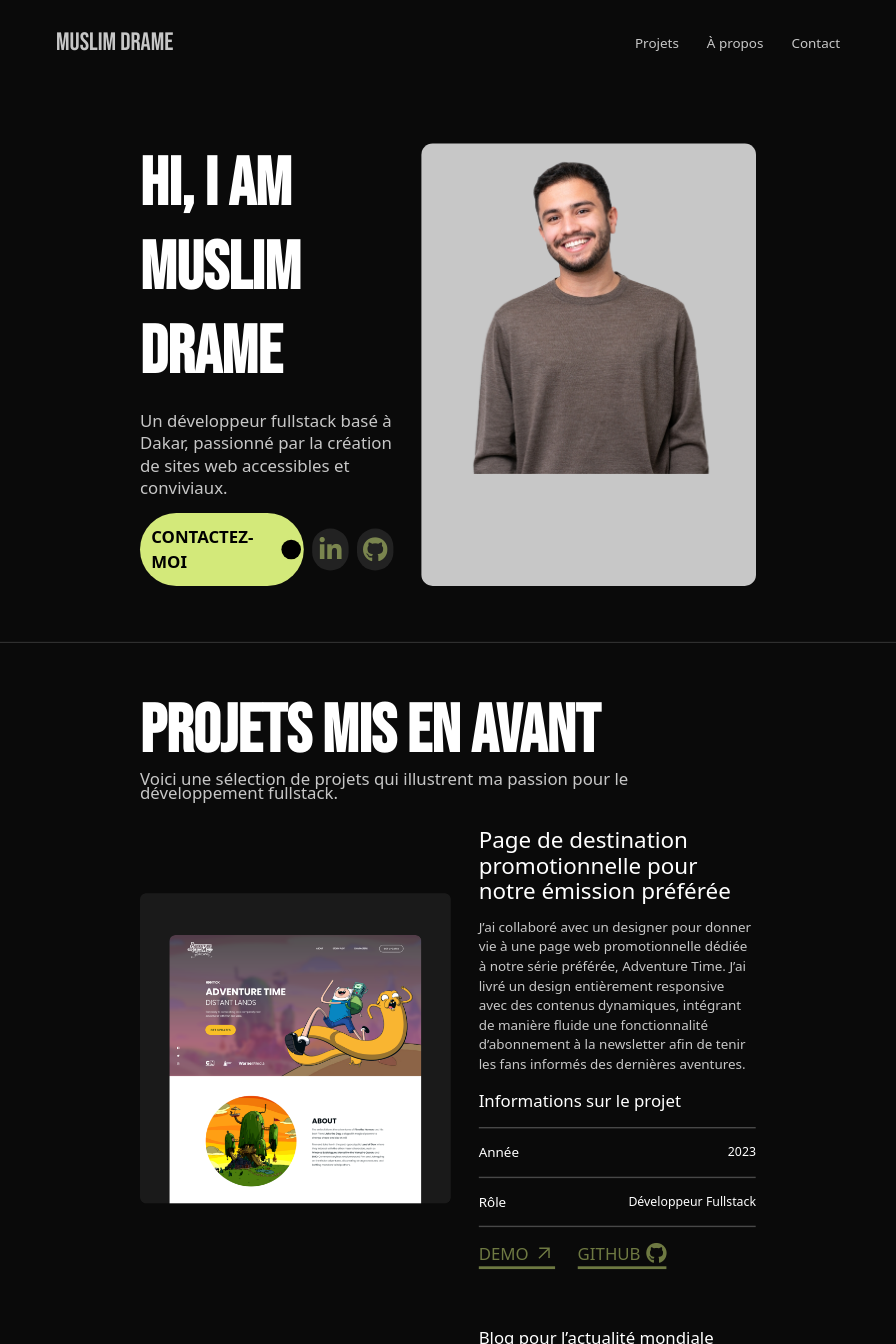
Repository: muslimdrame37-oss/Portfolio1
Page: src/index.html
The author's editor kept a copy of each file at every save. The page is drawn from the files as they stood at one save, then again after the next save.
The browser window is 1280 px wide. The pictures show the part of the page from y = 0 to 1920 px (the page is 4725 px tall before and 4693 px after), at 70% of full size.
Some web fonts or font styles are not loaded; a fallback is used. Some web libraries are served in a nearby version.

Above is the page before, as saved 2026-02-11 17:38:32.

### src/index.html
<!doctype html>
<html lang="fr">
<head>
    <meta charset="UTF-8">
    <meta name="viewport" content="width=device-width, initial-scale=1.0">
    <meta name="description" content="Portfolio de Muslim Drame - Développeur Fullstack basé à Dakar">
    <title>Muslim Drame - Développeur Fullstack</title>

    <!-- Fonts -->
    <link rel="stylesheet" href="https://fonts.googleapis.com/css2?family=Bebas+Neue&display=swap">
    <link rel="stylesheet" href="https://fonts.googleapis.com/css2?family=Material+Symbols+Outlined:opsz,wght,FILL,GRAD@20..48,100..700,0..1,-50..200&icon_names=arrow_outward">

    <!-- Styles -->
    <link href="./output.css" rel="stylesheet">

    <!-- Icons -->
    <script src="https://kit.fontawesome.com/31ee52f68e.js" crossorigin="anonymous"></script>
</head>

<body class="bg-[#0A0A0A]">
    <!-- ========== HEADER ========== -->
    <header class="flex items-center justify-between py-4 px-5 lg:px-20">
        <h1 class="text-[#C7C7C7] text-[2rem] lg:text-4xl font-bebas">MUSLIM DRAME</h1>

        <!-- Navigation Desktop -->
        <nav class="hidden lg:flex justify-between py-8 text-[#C7C7C7] text-[1.2rem]" aria-label="Navigation principale">
            <ul class="flex gap-10">
                <li><a href="index.html" class="hover:text-[#D3E97A] transition-colors">Projets</a></li>
                <li><a href="a_propos.html" class="hover:text-[#D3E97A] transition-colors">À propos</a></li>
                <li><a href="#contact" class="hover:text-[#D3E97A] transition-colors">Contact</a></li>
            </ul>
        </nav>

        <!-- Menu Mobile -->
        <button class="lg:hidden" aria-label="Menu mobile">
            <svg xmlns="http://www.w3.org/2000/svg" height="40px" viewBox="0 -960 960 960" width="40px" fill="#484848">
                <path d="M120-680v-80h720v80H120Zm0 480v-80h720v80H120Zm0-240v-80h720v80H120Z"/>
            </svg>
        </button>
    </header>

    <!-- ========== MAIN CONTENT ========== -->
    <main>

        <!-- ========== SECTION HERO ========== -->
        <section class="px-5 mt-20 flex flex-col justify-between gap-10 lg:flex-row lg:px-50" aria-label="Section d'accueil">
            <!-- Contenu texte -->
            <div class="flex flex-col gap-5 justify-center lg:w-1/2">
                <h2 class="text-white text-[3rem] lg:text-[6rem] lg:font-bold lg:leading-30 leading-15 font-bebas">HI, I AM<br>MUSLIM DRAME</h2>
                <p class="text-1xl text-[#C7C7C7] lg:text-2xl">
                    Un développeur fullstack basé à Dakar, passionné par la création de sites web accessibles et conviviaux.
                </p>

                <!-- Boutons d'action -->
                <div class="flex gap-3 items-center">
                    <!-- Bouton Contact -->
                    <a href="#contact" class="bg-[#D3E97A] flex justify-between items-center pl-2 text-black font-bold text-[1rem] rounded-[100px] gap-1 lg:gap-3 py-2 lg:py-4 lg:text-[1.5rem] lg:pl-4 hover:bg-[#c5db6f] transition-colors">
                        CONTACTEZ-MOI
                        <span class="w-11 h-10 flex items-center justify-center">
                            <span class="bg-black w-4 h-4 rounded-full lg:w-7 lg:h-7"></span>
                        </span>
                    </a>

                    <!-- Réseaux sociaux -->
                    <a href="#" class="w-10 h-10 rounded-full bg-[#222222] flex justify-center items-center lg:w-15 lg:h-15 hover:bg-[#333333] transition-colors" aria-label="LinkedIn">
                        <i class="fa-brands fa-linkedin-in text-[#D3E97A] text-2xl lg:text-4xl animate-pulse"></i>
                    </a>
                    <a href="#" class="w-10 h-10 rounded-full bg-[#222222] flex justify-center items-center lg:w-15 lg:h-15 hover:bg-[#333333] transition-colors" aria-label="GitHub">
                        <i class="fa-brands fa-github text-2xl lg:text-4xl text-[#D3E97A] animate-pulse"></i>
                    </a>
                </div>
            </div>

            <!-- Image hero -->
            <div class="bg-[#C7C7C7] rounded-2xl overflow-hidden">
                <img src="image/image1.png" alt="Portrait de Muslim Drame" width="880" class="w-full h-auto">
            </div>
        </section>

        <!-- Séparateur -->
        <hr class="border-[#484848] border-t mt-20">

        <!-- ========== SECTION PROJETS ========== -->

        <section class="flex flex-col px-8 mt-20 lg:px-50">
            <div class="flex flex-col gap-2">
                <h2 class="text-4xl text-white font-extrabold font-bebas lg:text-8xl">PROJETS MIS EN AVANT</h2>
                <p class="text-2xl text-[#C7C7C7] leading-5">Voici une sélection de projets qui illustrent ma passion pour le développement fullstack.</p>
            </div>
            <div class="flex flex-col lg:flex-row gap-10 mt-10 lg:w-[1,224px] justify-center items-center">
                <div>
                    <img src="image/image2.png" alt="" class="w-4xl">
                </div>
                <!-- INFORMATION -->
                <!-- TITRE ET DESCCRIPTION -->
                <div class=" lg:w-200 flex flex-col gap-5 ">
                    <div class="flex flex-col gap-5">
                        <h2 class="text-white text-[2rem] leading-9">Page de destination promotionnelle pour notre émission préférée</h2>
                        <p class="text-[#C7C7C7] leading-7 text-[1.2rem]">J’ai collaboré avec un designer pour donner vie à une page web promotionnelle dédiée à notre série préférée, Adventure Time. J’ai livré un design entièrement responsive avec des contenus dynamiques, intégrant de manière fluide une fonctionnalité d’abonnement à la newsletter afin de tenir les fans informés des dernières aventures.</p>
                    </div>
                    <!-- INFORMATION SUR LE PROJET -->
                    <div class=" flex flex-col gap-5">
                        <h3 class="text-white text-[1.5rem]">Informations sur le projet</h3>
                        <div class="flex flex-col gap-5">
                            <div class="w-full border-[#484848] border"></div>

                            <div class="flex justify-between">
                                <p class="text-white text-[1.2rem]">Année</p>
                                <p class="text-white text-[1.1rem]">2023</p>
                            </div>

                            <div class="w-full border-[#484848] border"></div>

                            <div class="flex justify-between">
                                <p class="text-white text-[1.2rem]">Rôle</p>
                                <p class="text-white text-[1.1rem]">Développeur Fullstack</p>
                            </div>

                            <div class="w-full border-[#484848] border"></div>

                        </div>
                    </div>

                    <!-- LIEN DEMO & GITHUB -->

                    <div class="flex gap-8">
                        <a href="#">
                            <div class="animate-pulse">
                            <div class="flex items-center gap-2 ">
                                <p class="text-[#D3E97A] text-[1.5rem]">DEMO</p>
                                <svg xmlns="http://www.w3.org/2000/svg" height="30px" viewBox="0 -960 960 960" width="30px" fill="#D3E97A"><path d="M246.67-244 200-290.67l402.67-402.66H236V-760h480v480h-66.67v-366.67L246.67-244Z"/></svg>
                            </div>
                            <div class="w-full border-[#D3E97A] border-2"></div>
                        </div>
                        </a>
                        <a href="#">
                            <div class="animate-pulse">
                            <div class="flex items-center gap-2">
                                <p class="text-[#D3E97A] text-[1.5rem]">GITHUB</p>
                                <i class="fa-brands fa-github text-3xl text-[#D3E97A]"></i>
                            </div>
                            <div class="w-full border-[#D3E97A] border-2"></div>
                        </div>
                        </a>

                    </div>
                </div>
            </div>
        </section>

        <!-- PROJET 2 -->

        <section class="flex flex-col px-8 mt-20 gap-8 lg:gap-10 lg:flex-row lg:px-50 items-center">
            <div>
                <img src="image/image3.png" alt="" class="w-4xl">
            </div>
            <div class="lg:w-200 flex flex-col gap-5">
                <div class="flex flex-col gap-5">
                    <h2 class="text-white text-[1.5rem]">Blog pour l’actualité mondiale</h2>
                    <p class="text-[#C7C7C7] text-[1.2rem] leading-7">J'ai maîtrisé les complexités de CSS Grid pour créer une page d'accueil innovante pour un site d'actualités, en prenant des décisions de design complexes afin d'assurer une expérience utilisateur fluide. Ce projet m'a permis de renforcer mes compétences en développement fullstack.</p>
                </div>
                <div class="flex flex-col gap-8">
                    <div class="text-[1.5rem] text-white ">Informations sur le projet</div>
                    <div class="flex flex-col gap-4">
                        <div class="w-full border-[#484848] border "></div>
                        <div class="flex justify-between">
                            <p class="text-white text-[1.2rem]">Client</p>
                            <p class="text-[#C7C7C7] text-[1.1rem]">World News</p>
                        </div>
                        <div class="w-full border-[#484848] border "></div>
                        <div class="flex justify-between">
                            <p class="text-white text-[1.2rem]">Année</p>
                            <p class="text-[#C7C7C7] text-[1.1rem]">2022</p>
                        </div>
                        <div class="w-full border-[#484848] border "></div>
                        <div class="flex justify-between">
                            <p class="text-white text-[1.5rem]">Rôle</p>
                            <p class="text-[#C7C7C7] text-[1.5rem]">Développeur Fullstack</p>
                        </div>
                        <div class="w-full border-[#484848] border "></div>
                    </div>
                </div>
                <a href="#">
                    <div class="flex flex-col animate-pulse">
                    <div class="flex items-center gap-2">
                        <p class="text-[#D3E97A] text-[1.5rem]">DEMO</p>
                        <svg xmlns="http://www.w3.org/2000/svg" height="30px" viewBox="0 -960 960 960" width="30px" fill="#D3E97A"><path d="M246.67-244 200-290.67l402.67-402.66H236V-760h480v480h-66.67v-366.67L246.67-244Z"/></svg>
                    </div>
                    <div class="w-25 border-[#D3E97A] border-2"></div>
                </div>
                </a>
            </div>
        </section>

        <!-- PROJET 3 -->

        <section class="mt-20 flex flex-col px-8 gap-8 lg:gap-10 lg:flex-row lg:px-50 items-center">
            <img src="image/image3.png" alt="" class="w-full lg:w-1/2">
            <div class="w-full lg:w-1/2 flex flex-col gap-5">
                <div class="flex flex-col gap-5">
                    <h2 class="text-white text-[2rem]">Page produit pour site e-commerce</h2>
                    <p class="text-[#C7C7C7] text-[1.2rem] leading-8 ">J’ai conçu avec succès une page produit attrayante, intégrant une galerie dynamique en lightbox et un panier fonctionnel fluide, démontrant ma maîtrise du développement en JavaScript.</p>
                </div>
                <div class="flex flex-col gap-5">
                    <div class="text-[1.5rem] text-white lg:mt-5 ">Informations sur le projet</div>
                    <div class="flex flex-col gap-5">
                        <div class="w-full border-[#484848] border "></div>
                        <div class="flex justify-between">
                            <p class="text-white text-[1.2rem]">Année</p>
                            <p class="text-[#C7C7C7] text-[1.1rem]">2022</p>
                        </div>
                        <div class="w-full border-[#484848] border "></div>
                        <div class="flex justify-between">
                            <p class="text-white text-[1.2rem]">Rôle</p>
                            <p class="text-[#C7C7C7] text-[1.1rem]">Développeur Fullstack</p>
                        </div>
                        <div class="w-full border-[#484848] border "></div>
                    </div>
                </div>
                <!-- LIEN DÉMO & GITHUB -->
                <div class="flex gap-8 items-center">
                    <a href="#">
                        <div class="animate-pulse">
                        <div class="flex items-center gap-2">
                            <p class="text-[#D3E97A] text-[1.5rem]">DEMO</p>
                            <svg xmlns="http://www.w3.org/2000/svg" height="30px" viewBox="0 -960 960 960" width="30px" fill="#D3E97A"><path d="M246.67-244 200-290.67l402.67-402.66H236V-760h480v480h-66.67v-366.67L246.67-244Z"/></svg>
                    </div>
                    <div class="w-full border-[#D3E97A] border-2"></div>
                    </div>
                    </a>
                    <a href="#">
                        <div class="animate-pulse">
                        <div class="flex items-center gap-2">
                            <p class="text-[#D3E97A] text-[1.5rem]">GITHUB</p>
                            <i class="fa-brands fa-github text-3xl text-[#D3E97A]"></i>
                        </div>
                        <div class="w-full border-[#D3E97A] border-2"></div>
                    </div>
                    </a>
                </div>
            </div>
        </section>

        <!-- À PROPOS DE MOI -->
        <div class="w-full border-[#484848] border my-10"></div>

        <section class=" flex flex-col px-8 gap-5 lg:flex-row lg:gap-10 lg:px-50 justify-between">
            <div class="text-6xl text-white  lg:w-200 lg:text-[140px] font-bebas">À PROPOS DE MOI</div>
            <div class="lg:w-200">
                <div class="flex flex-col gap-10 ">
                    <p class="text-white text-[1.5rem] ">Je suis développeur Fullstack passionné basé à DAKAR, avec une formation en génie Informatique.</p>
                    <div class="text-[#484848] text-[1.2rem]">Je suis développeur fullstack basé à Dakar, à la recherche d’opportunités stimulantes. Avec une formation en génie informatique, je mets un point d’honneur à privilégier l’accessibilité lors du développement. Passionné et curieux, j’aime résoudre des problèmes complexes.
                    Actuellement, j’explore React.js, Laravel et m’initie également au design. En dehors du codage, j’apprécie jouer au football, la photographie et jouer à la carte. Je continue d’apprendre pour améliorer constamment mes compétences.</div>
                    <a href="a_propos.html" class="text-[#D3E97A] text-[1.5rem] underline underline-offset-8 hover:text-[#c5db6f] transition-colors">EN SAVOIR PLUS SUR MOI</a>
                </div>
            </div>
        </section>

        <hr class="border-[#484848] border-t my-10">

        <!-- ========== SECTION CONTACT ========== -->

        <section id="contact" class="flex flex-col px-8 mb-10 lg:px-50 lg:gap-10 lg:flex-row" aria-label="Formulaire de contact">
            <!-- Informations de contact -->
            <div class="flex flex-col gap-10 lg:w-200">
                <h2 class="lg:text-[100px] text-white font-bold text-4xl font-bebas">ENTRONS EN CONTACT</h2>
                <div class="flex flex-col gap-2">
                    <p class="text-[#C7C7C7] text-[1rem]">
                        Dites moi hello <a href="mailto:muslimdrame37@gmail.com" class="text-white hover:text-[#D3E97A] transition-colors">muslimdrame37@gmail.com</a>
                    </p>
                    <p class="text-white text-[1rem]">Pour en savoir plus sur moi, jetez un coup d'œil à mon <a href="#" class="text-[#D3E97A] underline underline-offset-5 hover:text-[#c5db6f] transition-colors">CV</a></p>
                </div>
                <!-- Réseaux sociaux -->
                <nav class="flex gap-5" aria-label="Réseaux sociaux">
                    <a href="#" aria-label="LinkedIn" class="hover:scale-110 transition-transform">
                        <i class="fa-brands fa-linkedin-in text-[#D3E97A] text-4xl animate-pulse"></i>
                    </a>
                    <a href="#" aria-label="GitHub" class="hover:scale-110 transition-transform">
                        <i class="fa-brands fa-github text-[#D3E97A] text-4xl animate-pulse"></i>
                    </a>
                    <a href="#" aria-label="Twitter" class="hover:scale-110 transition-transform">
                        <i class="fa-brands fa-x-twitter text-[#D3E97A] text-4xl animate-pulse"></i>
                    </a>
                    <a href="#" aria-label="Instagram" class="hover:scale-110 transition-transform">
                        <i class="fa-brands fa-instagram text-[#D3E97A] text-4xl animate-pulse"></i>
                    </a>
                </nav>
            </div>


            <form action="" method="POST" class="flex flex-col gap-5 mt-10 lg:mt-0 w-full lg:w-200">
                <div class="flex flex-col gap-3">
                    <label for="name" class="text-[#C7C7C7] text-[1.5rem]">Nom complet</label>
                    <input class="text-[#C7C7C7] bg-[#1A1A1A] px-6 py-2 rounded-lg text-[1.5rem] focus:outline-none focus:ring-2 focus:ring-[#D3E97A] transition-all" type="text" name="name" placeholder="Muslim" id="name" required>
                </div>
                <div class="flex flex-col gap-3">
                    <label for="email" class="text-[#C7C7C7] text-[1.5rem]">Email</label>
                    <input class="text-[#C7C7C7] bg-[#1A1A1A] px-6 py-2 rounded-lg text-[1.5rem] focus:outline-none focus:ring-2 focus:ring-[#D3E97A] transition-all" type="email" name="email" placeholder="votre@email.com" id="email" required>
                </div>
                <div class="flex flex-col gap-3">
                    <label for="sujet" class="text-[#C7C7C7] text-[1.5rem]">Sujet</label>
                    <input class="text-[#C7C7C7] bg-[#1A1A1A] px-6 py-2 rounded-lg text-[1.5rem] focus:outline-none focus:ring-2 focus:ring-[#D3E97A] transition-all" type="text" name="sujet" placeholder="Sujet de votre message" id="sujet" required>
                </div>
                <div class="flex flex-col gap-3">
                    <label for="message" class="text-[#C7C7C7] text-[1.5rem]">Message</label>
                    <textarea name="message" id="message" rows="6" placeholder="Votre message..." class="text-[#C7C7C7] bg-[#1A1A1A] px-6 py-2 rounded-lg text-[1.5rem] resize-none focus:outline-none focus:ring-2 focus:ring-[#D3E97A] transition-all" required></textarea>
                </div>
                <button type="submit" class="text-black bg-[#D3E97A] py-2 lg:py-4 text-[1rem] font-bold rounded-[100px] w-35 hover:bg-[#c5db6f] transition-colors cursor-pointer">Envoyer</button>
            </form>
        </section>
    </main>

    <!-- ========== FOOTER ========== -->
    <footer class="w-full pb-6">
        <div class="mx-auto flex flex-col lg:flex-row gap-2 lg:gap-8 items-center justify-between border border-white/10 bg-[#1A1A1A] px-6 py-4 text-sm text-[#C7C7C7] backdrop-blur-md">
            <!-- Copyright -->
            <p>© 2026 Muslim Drame. Tous droits réservés.</p>

            <!-- Réseaux sociaux -->
            <nav class="flex items-center gap-2 text-2xl" aria-label="Réseaux sociaux footer">
                <a href="#" class="hover:text-white transition-colors" aria-label="Facebook">
                    <i class="fa-brands fa-facebook"></i>
                </a>
                <a href="#" class="hover:text-white transition-colors" aria-label="Instagram">
                    <i class="fa-brands fa-instagram"></i>
                </a>
                <a href="#" class="hover:text-white transition-colors" aria-label="Twitter">
                    <i class="fa-brands fa-x-twitter"></i>
                </a>
                <a href="#" class="hover:text-white transition-colors" aria-label="GitHub">
                    <i class="fa-brands fa-github"></i>
                </a>
                <a href="#" class="hover:text-white transition-colors" aria-label="YouTube">
                    <i class="fa-brands fa-youtube"></i>
                </a>
            </nav>
        </div>
    </footer>

</body>
</html>

Loaded but not shown: src/output.css (2245 lines, source omitted)

After the next save:
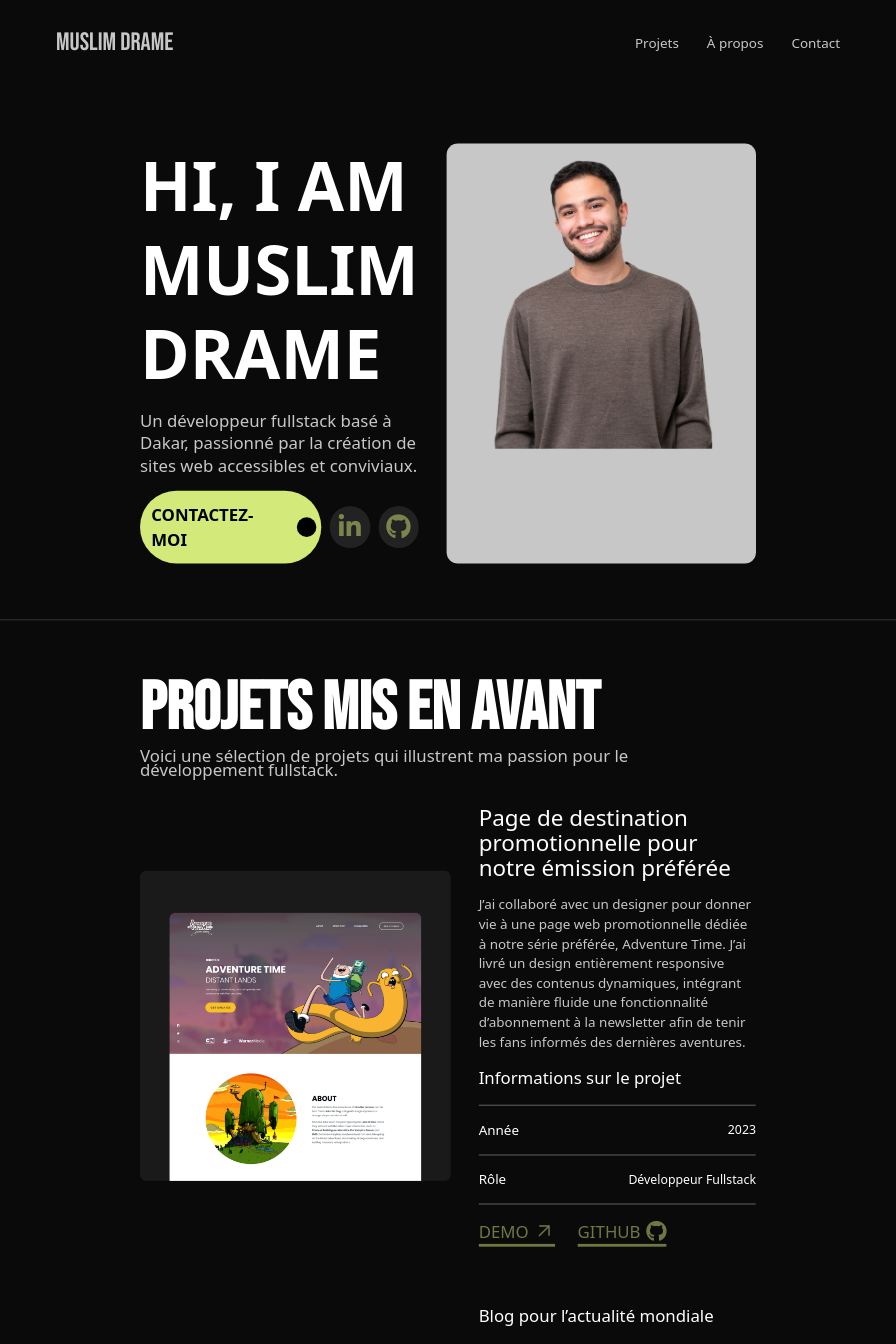
Saved 18 min 39 s later.
--- a/src/index.html
+++ b/src/index.html
@@ -46,7 +46,7 @@
         <section class="px-5 mt-20 flex flex-col justify-between gap-10 lg:flex-row lg:px-50" aria-label="Section d'accueil">
             <!-- Contenu texte -->
             <div class="flex flex-col gap-5 justify-center lg:w-1/2">
-                <h2 class="text-white text-[3rem] lg:text-[6rem] lg:font-bold lg:leading-30 leading-15 font-bebas">HI, I AM<br>MUSLIM DRAME</h2>
+                <h2 class="text-white text-[3rem] lg:text-[6rem] lg:font-bold lg:leading-30 leading-15 font-sans">HI, I AM<br>MUSLIM DRAME</h2>
                 <p class="text-1xl text-[#C7C7C7] lg:text-2xl">
                     Un développeur fullstack basé à Dakar, passionné par la création de sites web accessibles et conviviaux.
                 </p>
